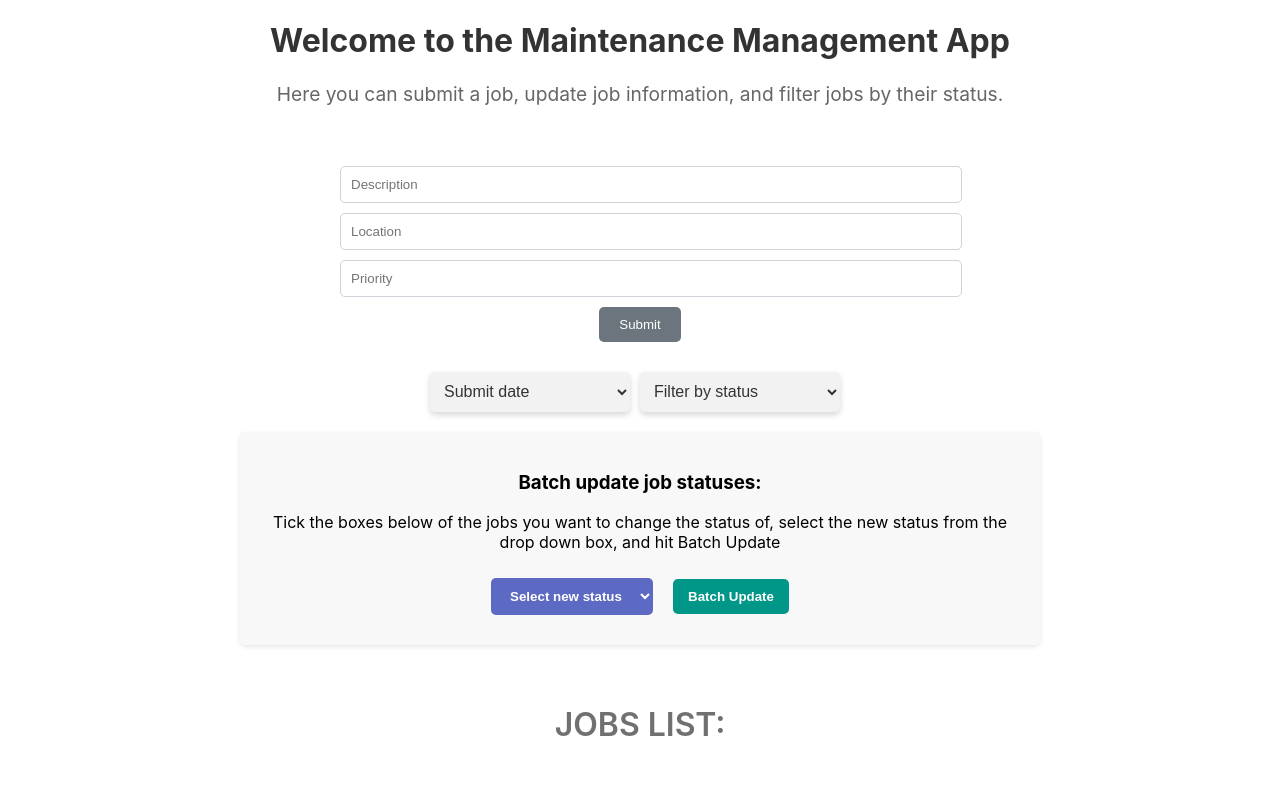
Repository: mikasteyn999/Maintenance-Manager-App
Page: /jobs (app in frontend/)
The author's editor kept a copy of each file at every save. The page is drawn from the files as they stood at one save, then again after the next save.
The browser window is 1280 px wide. The pictures show the whole page.
The page's requests for data from a server got no answer. The project was rebuilt for these pictures with package versions that can differ from the ones it lists, and the page was loaded fresh each time. No one was signed in, and anything a server would have sent is missing. Also part of the build but not shown: frontend/src/style/Job.css, frontend/src/components/Job.js, frontend/src/components/Home.js, frontend/src/style/JobUpdateForm.css, frontend/src/components/JobUpdateForm.js.

Above is the page before, as saved 2023-06-05 16:56:30.

### frontend/src/App.js
// Import necessary libraries and components
import React from 'react';
import Router from './Router';
import './style/App.css'

// Define the App component
// This component uses the Router component to handle routing
const App = () => {
  return (
    <div className="app">
      <h1 className="app-title">Welcome to the Maintenance Management App</h1> {/* Welcome title */}
      <p className="app-instructions">Here you can submit a job, update job information, and filter jobs by their status.</p> {/* Instructions */}
      <Router /> {/* Use Router component for handling routes */}
    </div>
  );
}

// Export the App component
export default App;

### frontend/src/Router.js
// Import necessary libraries and components
import React from 'react';
import { BrowserRouter as Router, Route, Routes } from 'react-router-dom';
import Home from './components/Home';
import JobForm from './components/JobForm';
import JobsList from './components/JobsList';
import JobUpdateForm from './components/JobUpdateForm'

// Define the Router component
// This component defines the routes for the React app
// The Home component (which contains both the JobForm and JobsList components) is displayed when the path is exactly "/"
// The JobForm component is displayed when the path is "/submit"
// The JobsList component is displayed when the path is "/jobs"
const AppRouter = () => {
    return (
        <Router>
            <Routes>
                <Route path="/" element={<Home />} /> {/* Home route */}
                <Route path="/submit" element={<JobForm />} /> {/* Job submission route */}
                <Route path="/jobs" element={<JobsList />} /> {/* Jobs listing route */}
                <Route path="/edit/:id" element={<JobUpdateForm />} />
            </Routes>
        </Router>
    );
};

// Export the Router component
export default AppRouter;

### frontend/src/style/App.css
/* App.css */

.app {
  text-align: center;
}

.app-title {
  font-size: 2em;
  color: #333;
  text-align: center;
}

.app-instructions {
  font-size: 1.2em;
  color: #666;
  margin-bottom: 20px;
  text-align: center;
}

/* style the form container */
.app .job-form {
  max-width: 600px;  /* limit the width */
  margin: 0 auto;   /* center the form */
  padding: 20px;    /* add some padding */
}

/* style the jobs list container */
.app .jobs-list {
  max-width: 800px;  /* limit the width */
  margin: 0 auto;   /* center the jobs list */
  padding: 20px;    /* add some padding */
}

### frontend/src/components/JobForm.js
// Import React
import React, { useState } from 'react';
import '../style/JobForm.css'; // Import the CSS

// Define the JobForm component. This component will contain a form that allows users to submit a new job.
// The component has a local state, job, which is updated every time the user types in one of the form inputs.
// The handleChange function updates the job state.
// The handleSubmit function makes a POST request to the /jobs route to submit the new job.
const JobForm = (props) => {
  const [job, setJob] = useState({ description: '', location: '', priority: '' });

  // Adding new state variable for error message.
  const [error, setError] = useState('');

  const handleChange = (e) => {
    setJob({ ...job, [e.target.name]: e.target.value });
  };

  const handleSubmit = async (e) => {
    e.preventDefault();

    // Adding form validation. Check that all fields are filled and priority is a number.
    if (!job.description || !job.location || !job.priority) {
      setError('Please fill in all fields'); // Set error message
      return; // Stop the function
    }
    if (isNaN(job.priority)) {
      setError('Priority must be a number'); // Set error message
      return; // Stop the function
    }

    try {
      const response = await fetch('http://localhost:5000/api/jobs', {
        method: 'POST',
        headers: {
          'Content-Type': 'application/json',
        },
        body: JSON.stringify(job),
      });
      if (!response.ok) {
        throw new Error(`HTTP error! status: ${response.status}`);
      }
      const newJob = await response.json();
      console.log("New Job:", newJob);  // log new job
      props.addNewJob(newJob); // add the new job to the jobs list
      setError(''); // Clear the error message if the job was successfully added
    } catch (err) {
      setError('An error occurred when submitting the job'); // Set error message
    }
  };

  // In the return statement, a new paragraph is added to display any error messages
  return (
    <form className="job-form" onSubmit={handleSubmit}>
      {error && <p className="error">{error}</p>} {/* Display error message if there is one */}
      <input type="text" name="description" value={job.description} onChange={handleChange} placeholder="Description" />
      <input type="text" name="location" value={job.location} onChange={handleChange} placeholder="Location" />
      <input type="text" name="priority" value={job.priority} onChange={handleChange} placeholder="Priority" />
      <button type="submit">Submit</button>
    </form>
  );
};

export default JobForm;

### frontend/src/components/JobsList.js
// Import necessary modules
import React, { useEffect, useState } from 'react';
import Job from './Job';
import JobForm from './JobForm';
import '../style/JobsList.css';

// Define the JobsList component
const JobsList = () => {
  // Initialize state variables
  const [jobs, setJobs] = useState([]);
  const [sortOrder, setSortOrder] = useState("date"); // Default sort order is by date
  const [selectedJobs, setSelectedJobs] = useState([]);
  const [filterStatus, setFilterStatus] = useState("");

  // Fetch jobs function
  const fetchJobs = async () => {
    let url = `http://localhost:5000/api/jobs?sort=${sortOrder}`;
    if (filterStatus) url += `&status=${filterStatus}`; // Add status query parameter if a status filter is selected
    const response = await fetch(url);
    const data = await response.json();
    setJobs(data.filter(job => job.status !== 'Archived')); // Filter out archived jobs
  };

  // Fetch jobs when the component is first rendered and when sortOrder or filterStatus changes
  useEffect(() => {
    fetchJobs();
  }, [sortOrder, filterStatus]);

  // Update sort order
  const handleSortChange = (event) => {
    setSortOrder(event.target.value);
  };

    // Batch update function
    const handleBatchUpdate = async () => {
      const status = document.getElementById('batchStatusUpdate').value;
      if (!status) {
        console.error('No status selected for batch update');
        return;
      }
      if (selectedJobs.length === 0) {
        console.error('No jobs selected for batch update');
        return;
      }
      try {
        const response = await fetch('http://localhost:5000/api/jobs/batch', {
            method: 'PUT',
            headers: {
                'Content-Type': 'application/json',
            },
            body: JSON.stringify({ jobIds: selectedJobs, status }),
        });

        if (response.ok) {
          console.log('Batch update successful');
          setSelectedJobs([]); // Clear selected jobs after successful update
          // Here, fetch the jobs again
          fetchJobs();
        } else {
          console.error('Failed to batch update jobs');
        }
      } catch (error) {
        console.error(`An error occurred: ${error}`);
      }
    };

    // Function to handle archive
    const handleArchive = async (jobId) => {
      try {
        const response = await fetch(`http://localhost:5000/api/jobs/archive/${jobId}`, {
          method: 'PUT',
        });

        if (!response.ok) {
          console.error('Failed to archive job');
        } else {
          setJobs(jobs.filter(job => job._id !== jobId)); // Remove the archived job from the local state
        }
      } catch (error) {
        console.error(`An error occurred: ${error}`);
      }
    };

    // Pass handleArchive as a prop to the Job component
    {jobs.map((job) => (
      <Job key={job._id} job={job} handleArchive={handleArchive} selectedJobs={selectedJobs} setSelectedJobs={setSelectedJobs} />
    ))}

    const addNewJob = (newJob) => {
      console.log("addNewJob called with:", newJob);  // log input to addNewJob
      setJobs([newJob, ...jobs]);
    };


    return (
      <div className='jobs-list'>

        {/* Add JobForm here */}
        <JobForm addNewJob={addNewJob} />

        {/* Add sort order dropdown */}
        <select className='select-sort' value={sortOrder} onChange={handleSortChange}>
          <option value="">Sort by</option>
          <option value="date">Submit date</option>
          <option value="status">Status</option>
        </select>

        {/* Add status filter dropdown */}
        <select className='select-filter' value={filterStatus} onChange={(e) => setFilterStatus(e.target.value)}>
          <option value="">Filter by status</option>
          <option value="Submitted">Submitted</option>
          <option value="In Progress">In Progress</option>
          <option value="Completed">Completed</option>
        </select>

        {/* Batch update */}
        <div className='batch-update'>
          <h3>Batch update job statuses:</h3>
          <p>Tick the boxes below of the jobs you want to change the status of, select the new status from the drop down box, and hit Batch Update</p>
          <select id="batchStatusUpdate" name="batchStatusUpdate">
            <option value="">Select new status</option>
            <option value="Submitted">Submitted</option>
            <option value="In Progress">In Progress</option>
            <option value="Completed">Completed</option>
          </select>
          <button onClick={handleBatchUpdate}>Batch Update</button>
        </div>

        <div className='jobs-header'>JOBS LIST:</div>

        {/* List the jobs */}
        {jobs.map((job) => (
          <Job key={job._id} job={job} handleArchive={handleArchive} selectedJobs={selectedJobs} setSelectedJobs={setSelectedJobs} />
        ))}
      </div>
    );
};

export default JobsList;

### frontend/src/style/JobForm.css
.job-form {
    margin-bottom: 20px;
}

.job-form input {
    display: block;
    width: 100%;
    padding: 10px;
    margin-bottom: 10px;
    border: 1px solid #ced4da;
    border-radius: 5px;
}

.job-form button {
    padding: 10px 20px;
    border: none;
    border-radius: 5px;
    background-color: #6c757d;
    color: #fff;
    cursor: pointer;
}

### frontend/src/style/JobsList.css
.jobs-list {
    max-width: 600px;
    margin: 0 auto;
    padding: 20px;
}

.jobs-header {
    font-size: xx-large;
    padding: 5%;
    font-weight: 600;
    color: rgb(112, 112, 112);
}

/* Style the select element */
.select-sort {
    width: 200px;
    height: 40px;
    border: none;
    border-radius: 5px;
    padding: 5px 10px;
    margin-bottom: 20px;
    box-shadow: 0 3px 6px 0 rgba(0,0,0,0.16);
    font-size: 16px;
    color: #333;
    background-color: #f2f2f2;
    transition: background-color 0.3s ease;
}

/* Style the options inside the select element */
.select-sort option {
    color: #333;
    background-color: #f2f2f2;
}

/* Change the background color of the select when it's focused */
.select-sort:focus {
    background-color: #e6e6e6;
}

.batch-update {
    align-items: center;
    justify-content: space-between;
    padding: 20px;
    margin-bottom: 20px;
    background-color: #f8f8f8;
    border-radius: 5px;
    box-shadow: 0 2px 5px rgba(0,0,0,0.1);
}

.batch-update select,
.batch-update button {
    padding: 10px 15px;
    border: none;
    border-radius: 5px;
    background-color: #5c6ac4;
    color: white;
    font-weight: bold;
    cursor: pointer;
    margin: 10px;
}


.batch-update button {
    background-color: #009688;
}

.batch-update button:hover {
    background-color: #00796b;
}

/* Style the select element */
.select-filter {
    width: 200px;
    height: 40px;
    border: none;
    border-radius: 5px;
    padding: 5px 10px;
    margin-bottom: 20px;
    box-shadow: 0 3px 6px 0 rgba(0,0,0,0.16);
    font-size: 16px;
    color: #333;
    background-color: #f2f2f2;
    transition: background-color 0.3s ease;
    margin: 10px;
}

/* Style the options inside the select element */
.select-filter option {
    color: #333;
    background-color: #f2f2f2;
}

Loaded but not shown: frontend/public/index.html (common file); frontend/src/index.js (common file); frontend/src/index.css (common file); frontend/src/reportWebVitals.js (common file)

After the next save:
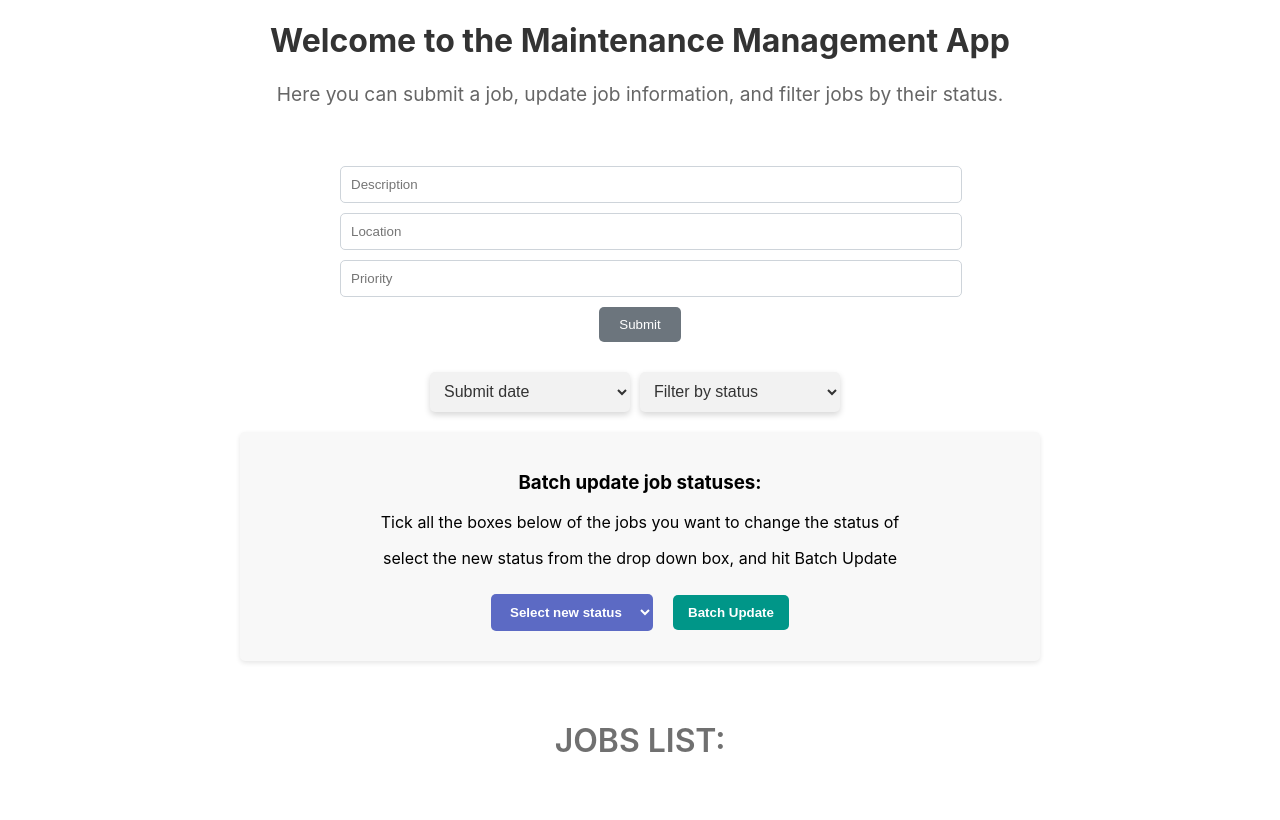
Saved 64 s later.
--- a/frontend/src/components/JobsList.js
+++ b/frontend/src/components/JobsList.js
@@ -116,7 +116,8 @@ const JobsList = () => {
         {/* Batch update */}
         <div className='batch-update'>
           <h3>Batch update job statuses:</h3>
-          <p>Tick the boxes below of the jobs you want to change the status of, select the new status from the drop down box, and hit Batch Update</p>
+          <p>Tick all the boxes below of the jobs you want to change the status of</p>
+          <p> select the new status from the drop down box, and hit Batch Update</p>
           <select id="batchStatusUpdate" name="batchStatusUpdate">
             <option value="">Select new status</option>
             <option value="Submitted">Submitted</option>
